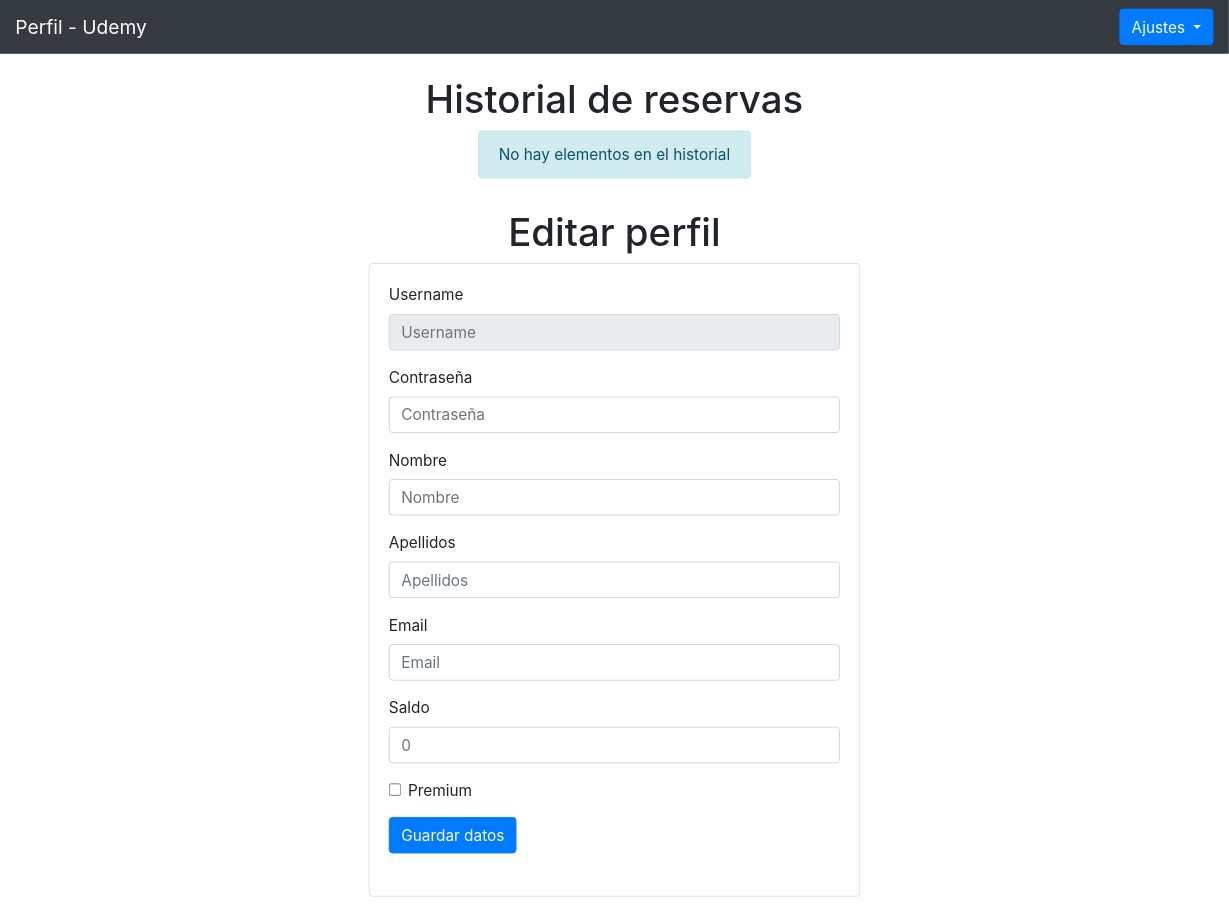
Repository: Enrique-git-hub/curso-java
Page: Workspace/LibreriaUdemy/src/main/webapp/profile.html
The author's editor kept a copy of each file at every save. The page is drawn from the files as they stood at one save, then again after the next save.
The browser window is 1280 px wide. The pictures show the whole page, at 96% of full size.

Above is the page before, as saved 2025-03-20 09:05:33.

After the next save:
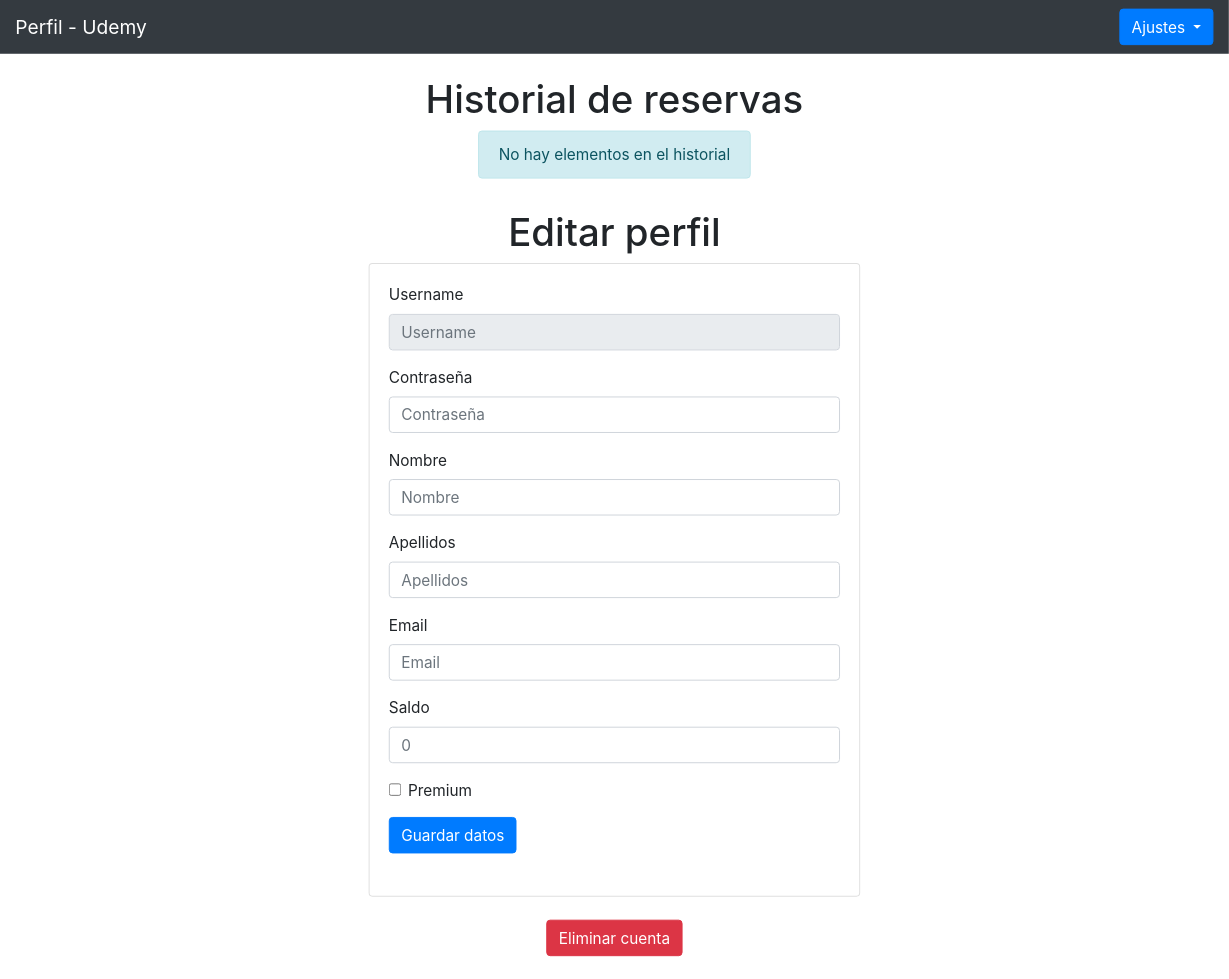
Saved 21 min 21 s later.
--- a/Workspace/LibreriaUdemy/src/main/webapp/profile.html
+++ b/Workspace/LibreriaUdemy/src/main/webapp/profile.html
@@ -96,6 +96,27 @@
 			<div class="alert alert-success d-none" id="modificar-exito" role="alert">Modificacion de los datos del usuario realizada correctamente</div>
 		</div>
 	</div>
+
+	<div class="mt-4">
+		<button class="btn btn-danger" id="eliminar-cuenta-btn" data-toggle="modal" data-target="#eliminar-cuenta-modal">Eliminar cuenta</button>
+	</div>
+	<div class="modal fade" id="eliminar-cuenta-modal" tabindex="-1" role="dialog" aria-labelledby="eliminar-cuenta-modal-label" aria-hidden="true">
+		<div class="modal-dialog" role="document">
+			<div class="modal-header">
+				<h5 class="modal-tittle" id="eliminar-cuenta-modal-header">¿Eliminar cuenta?</h5>
+					<button type="button" class="close" data-dismiss="modal" aria-label="Close">
+						<span aria-hidden="true">&times;</span>
+					</button>
+			</div>
+			<div class="modal-body">
+				Eliminar una cuenta es una acción que no se puede restautar. ¿Estás seguro?
+			</div>
+			<div class="modal-footer">
+				<button type="button" class="btn btn-secondary" data-dismiss="modal">Cancelar</button>
+				<button type="button" class="btn btn-danger" id="aceptar-eliminar-cuenta-btn" data-dismiss="modal">Eliminar cuenta</button>
+			</div>
+		</div>
+	</div>
 	</main>
 
 </body>
